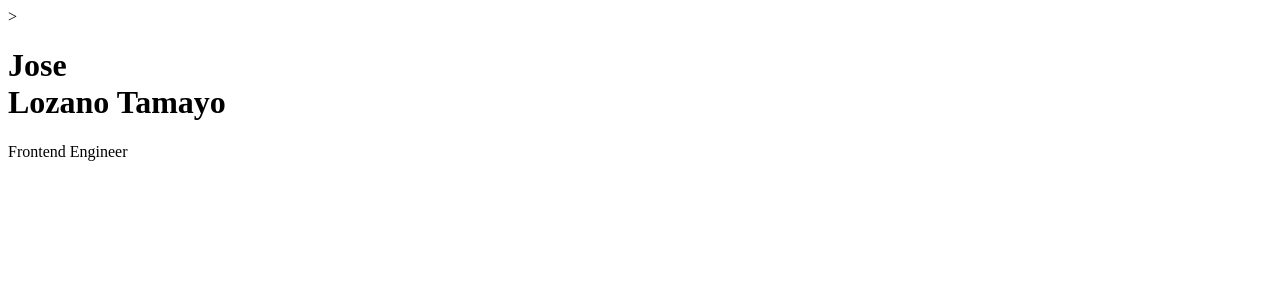
Repository: joseLozanoTamayo/project-react
Page: /badges/new (app in platzi-badges/)
These files come from the project's save history. The page is drawn as it stood at one moment and after the next save; the edit follows.
The browser window is 1280 px wide. The pictures show the whole page.
The project was rebuilt for these pictures with package versions that can differ from the ones it lists, and the page was loaded fresh each time.

Above is the page before, as saved 2019-05-22 21:50:52.

### platzi-badges/src/index.js
/*import React from 'react';
import ReactDOM from 'react-dom';
import 'bootstrap/dist/css/bootstrap.css';

import './global.css';
import App from './components/App';

const container = document.getElementById('app');

ReactDOM.render(<App />, container);*/

import React from "react";
import ReactDOM from "react-dom";

import Badge from './components/Badge';

const container = document.getElementById('app');
ReactDOM.render(<Badge/>, container);

### platzi-badges/src/components/Badge.js
/*import React from 'react';

import './styles/Badge.css';
import confLogo from '../images/badge-header.svg';

class Badge extends React.Component {
  render() {
    return (
      <div className="Badge">
        <div className="Badge__header">
          <img src={confLogo} alt="Logo de la conferencia" />
        </div>

        <div className="Badge__section-name">
          <img
            className="Badge__avatar"
            src={this.props.avatarUrl}
            alt="Avatar"
          />
          <h1>
            {this.props.firstName} <br /> {this.props.lastName}
          </h1>
        </div>

        <div className="Badge__section-info">
          <h3>{this.props.jobTitle}</h3>
          <div>@{this.props.twitter}</div>
        </div>

        <div className="Badge__footer">#platziconf</div>
      </div>
    );
  }
}

export default Badge;*/

import React from "react";

class Badge extends React.Component {
  render() {
    return (
      <div>
        <div>
          <img src="" alt="" />>
        </div>
        <div>
          <h1>
            Jose <br /> Lozano Tamayo
          </h1>
        </div>
        <div>
          <p>Frontend Engineer</p>
        </div>
      </div>
    );
  }
}

export default Badge;

Loaded but not shown: platzi-badges/public/index.html (common file)

After the next save:
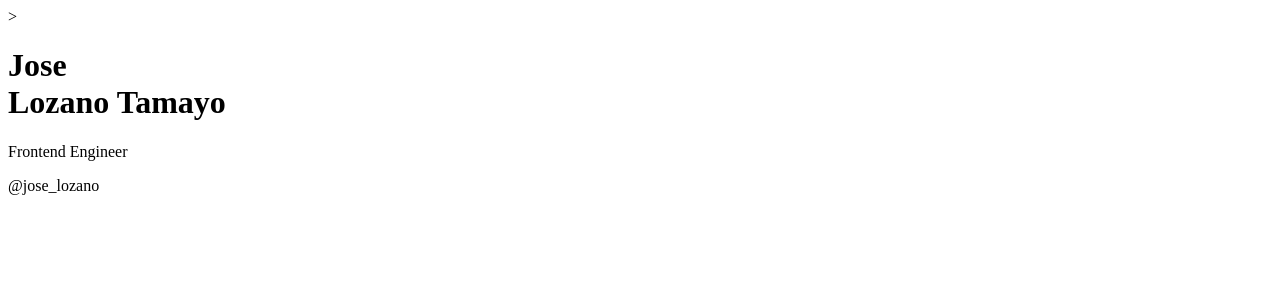
Saved 18 s later.
--- a/platzi-badges/src/components/Badge.js
+++ b/platzi-badges/src/components/Badge.js
@@ -51,6 +51,7 @@
         </div>
         <div>
           <p>Frontend Engineer</p>
+          <p>@jose_lozano</p>
         </div>
       </div>
     );
